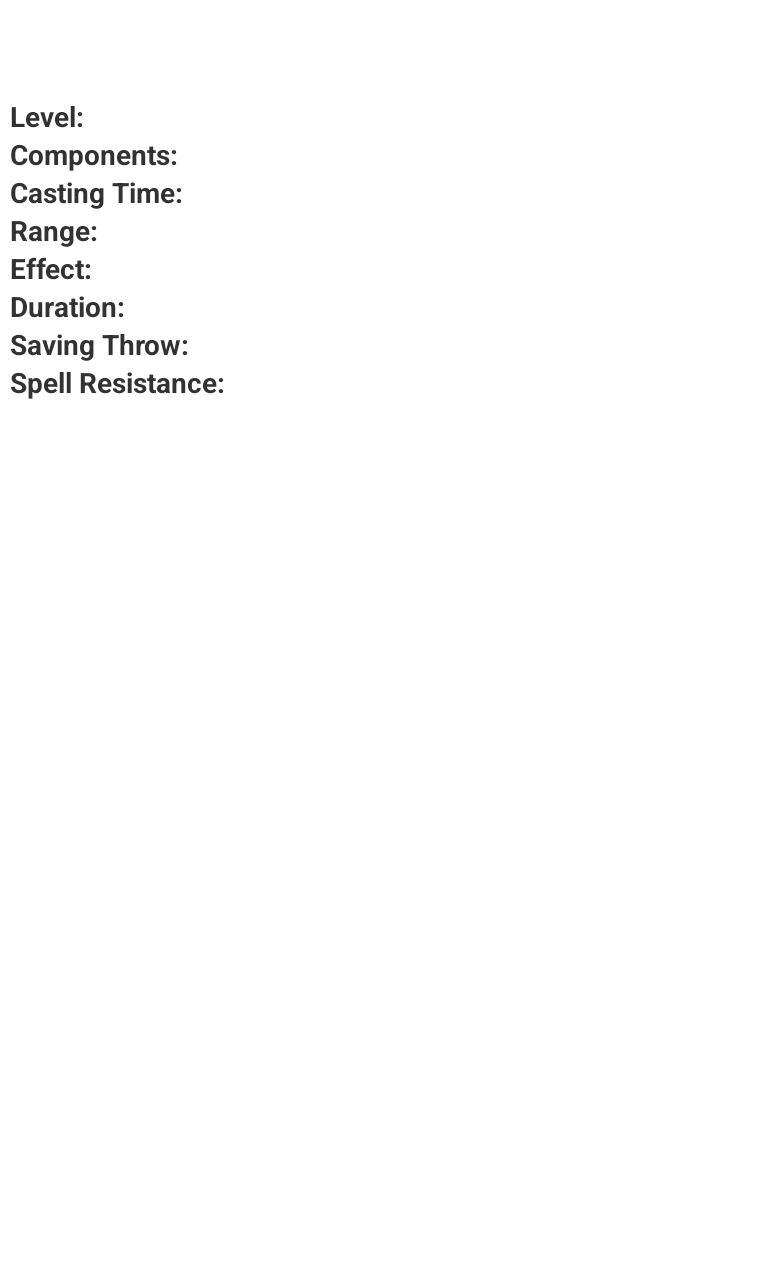
Repository: Rizsti/BrawnyKoala
Layout: 2.2/res/layout/dialogue_spell_details.xml
An editor plug-in stored every save of this project. The layout is shown before and after the next save, followed by the edit.
It is drawn on a 768 x 1280 px phone screen (xhdpi) without system bars, with theme AppTheme; the app's code is not run.

Above is the layout before, as saved 2013-06-09 04:43:21.

### 2.2/res/layout/dialogue_spell_details.xml
<?xml version="1.0" encoding="utf-8"?>
<LinearLayout xmlns:android="http://schemas.android.com/apk/res/android"
    android:layout_width="match_parent"
    android:layout_height="match_parent"
    android:orientation="vertical"
    android:padding="5sp">

    <TextView
        android:id="@+id/spellName"
        android:layout_width="wrap_content"
        android:layout_height="wrap_content"
        android:textAppearance="?android:attr/textAppearanceMedium" />

    <TextView
        android:id="@+id/spellSchool"
        android:layout_width="wrap_content"
        android:layout_height="wrap_content"/>

    <LinearLayout
        android:layout_width="match_parent"
        android:layout_height="wrap_content"
        android:orientation="horizontal">

        <TextView
	        android:layout_width="wrap_content"
	        android:layout_height="wrap_content"
	        android:text="@string/SpellLevel"
	        android:textStyle="bold"/>

    	<TextView
	        android:id="@+id/spellLevel"
	        android:layout_width="wrap_content"
	        android:layout_height="wrap_content" />

    </LinearLayout>

     <LinearLayout
        android:layout_width="match_parent"
        android:layout_height="wrap_content"
        android:orientation="horizontal">

    	<TextView
        	android:layout_width="wrap_content"
        	android:layout_height="wrap_content"
       		android:text="@string/SpellComp"
	        android:textStyle="bold" />

	    <TextView
	        android:id="@+id/spellComponents"
	        android:layout_width="wrap_content"
	        android:layout_height="wrap_content"
	        />

	 </LinearLayout>


     <LinearLayout
        android:layout_width="match_parent"
        android:layout_height="wrap_content"
        android:orientation="horizontal">

    	<TextView
        	android:layout_width="wrap_content"
        	android:layout_height="wrap_content"
       		android:text="@string/SpellCastTime"
	        android:textStyle="bold"/>

	    <TextView
	        android:id="@+id/spellCastTime"
	        android:layout_width="wrap_content"
	        android:layout_height="wrap_content"
	        />

	 </LinearLayout>

     <LinearLayout
        android:layout_width="match_parent"
        android:layout_height="wrap_content"
        android:orientation="horizontal">

    	<TextView
        	android:layout_width="wrap_content"
        	android:layout_height="wrap_content"
       		android:text="@string/SpellRange"
	        android:textStyle="bold"/>

	    <TextView
	        android:id="@+id/spellRange"
	        android:layout_width="wrap_content"
	        android:layout_height="wrap_content"
	        />

	 </LinearLayout>

     <LinearLayout
        android:layout_width="match_parent"
        android:layout_height="wrap_content"
        android:orientation="horizontal">

    	<TextView
        	android:layout_width="wrap_content"
        	android:layout_height="wrap_content"
       		android:text="@string/SpellEffect"
	        android:textStyle="bold" />

	    <TextView
	        android:id="@+id/spellEffect"
	        android:layout_width="wrap_content"
	        android:layout_height="wrap_content"
	        />

	 </LinearLayout>

     <LinearLayout
        android:layout_width="match_parent"
        android:layout_height="wrap_content"
        android:orientation="horizontal">

    	<TextView
        	android:layout_width="wrap_content"
        	android:layout_height="wrap_content"
       		android:text="@string/SpellDuration"
	        android:textStyle="bold" />

	    <TextView
	        android:id="@+id/spellDuration"
	        android:layout_width="wrap_content"
	        android:layout_height="wrap_content"
	        />

	 </LinearLayout>


     <LinearLayout
        android:layout_width="match_parent"
        android:layout_height="wrap_content"
        android:orientation="horizontal">

    	<TextView
        	android:layout_width="wrap_content"
        	android:layout_height="wrap_content"
       		android:text="@string/SpellSave"
	        android:textStyle="bold" />

	    <TextView
	        android:id="@+id/spellSave"
	        android:layout_width="wrap_content"
	        android:layout_height="wrap_content"
	        />

	 </LinearLayout>

     <LinearLayout
        android:layout_width="match_parent"
        android:layout_height="wrap_content"
        android:orientation="horizontal">

    	<TextView
        	android:layout_width="wrap_content"
        	android:layout_height="wrap_content"
       		android:text="@string/SpellResistance"
	        android:textStyle="bold" />

	    <TextView
	        android:id="@+id/spellResistance"
	        android:layout_width="wrap_content"
	        android:layout_height="wrap_content"
	        />

	 </LinearLayout>
</LinearLayout>

### 2.2/res/values/strings.xml
<?xml version="1.0" encoding="utf-8"?>
<resources>

    <string name="app_name">Teddy</string>
    <!-- Menu Items -->
    <string name="action_settings">Settings</string>
    <string name="action_new">New</string>
    <string name="title_activity_settings">Settings</string>
    <string name="title_activity_details">Details</string>
    <string name="title_activity_basic">Basic</string>
    <string name="title_activity_battle">Battle</string>
    <string name="load">Load</string>
    <string name="save">Save</string>

    <!-- Details Labels -->
    <string name="charName">Name</string>
    <string name="charRace">Race</string>
    <string name="charLevel">Level</string>
    <string name="charAlign">Alignment</string>
    <string name="charDeity">Deity</string>
    <string name="charSize">Size</string>
    <string name="charAge">Age</string>
    <string name="charGender">Gender</string>
    <string name="charHeight">Height</string>
    <string name="charWeight">Weight</string>
    <string name="classHint">Class</string>

    <!-- ListViews -->
    <!-- Character Select Labels -->
    <string name="level">Lv: </string>

    <!-- Attack Labels -->
    <string name="aName">Name</string>
    <string name="aDamage">Dmg</string>
    <string name="aBonus">AtkBonus</string>
    <string name="aCrit">Crit</string>
    <string name="aRange">Range</string>
    <string name="aWeight">Weight</string>
    <string name="aSize">Size</string>
    <string name="aType">Type</string>
    <string name="aSpecial">Special Properties</string>

    <!-- Inventory Labels -->
    <string name="iQuantity">Quantity</string>
    <string name="iTotalWeight">Total Weight</string>
    <string name="title_activity_details2">Details2</string>
    <string name="title_section1">Section 1</string>
    <string name="title_section2">Section 2</string>
    <string name="title_section3">Section 3</string>
    <string name="title_activity_skills">Skills</string>

    <!-- Skill labels -->
    <string name="sSkill">Skill</string>
    <string name="sStat">Stat Mod.</string>
    <string name="sRank">Rank</string>
    <string name="sMisc">Misc.</string>

    <!-- Symbols -->
    <string name="plus">+</string>
    <string name="equal">=</string>
    <string name="slash">/</string>

    <!-- Image lables -->
    <string name="heart">Health</string>
    <string name="fist">Melee</string>
    <string name="bow">Ranged</string>

    <!-- Battle Labels -->
    <string name="bexp">Exp.</string>
    <string name="bInit">Init. </string>
    <string name="bGrap">Grapple </string>
    <string name="bWill">Will </string>
    <string name="bFort">Fort. </string>
    <string name="bRef">Ref. </string>

    <!-- Stats Labels -->
    <string name="stStr">STR</string>
    <string name="stInt">INT</string>
    <string name="stDex">DEX</string>
    <string name="stCon">CON</string>
    <string name="stCha">CHA</string>
    <string name="stWis">WIS</string>
    <string name="score">Score</string>
    <string name="modscore">Mod.</string>
    <string name="tmpScore">Tmp. Score</string>
    <string name="tmpMod">Tmp. Mod.</string>

    <!-- Other stats info -->
    <string name="modStr">0</string>
    <string name="modInt">0</string>
    <string name="modDex">0</string>
    <string name="modCon">0</string>
    <string name="modCha">0</string>
    <string name="modWis">0</string>
    <string name="addAttack">Add an Attack</string>
    <string name="add">Add</string>
    <string name="cancel">Cancel</string>

    <!-- Settings labels -->
    <string name="ctheme">Change theme:</string>

    <!-- Content Descriptions -->
    <string name="PinkSwatch">Pink Swatch</string>
    <string name="RedSwatch">Red Swatch</string>
    <string name="PurpleSwatch">Purple Swatch</string>
    <string name="DarkRedSwatch">Dark Red Swatch</string>
    <string name="DarkBlueSwatch">Dark Blue Swatch</string>
    <string name="DarkGreenSwatch">Dark Green Swatch</string>
    <string name="BlueSwatch">Blue Swatch</string>
    <string name="GreenSwatch">Green Swatch</string>
    <string name="hello_world">Hello world!</string>

    <string name="SpellLevel">Level: </string>
	<string name="SpellComp">Components: </string>
	<string name="SpellCastTime">Casting Time: </string>
	<string name="SpellRange">Range: </string>
	<string name="SpellEffect">Effect: </string>
	<string name="SpellDuration">Duration: </string>
	<string name="SpellSave">Saving Throw: </string>
	<string name="SpellResistance">Spell Resistance: </string>

</resources>

Loaded but not shown: 2.2/res/values/styles.xml (common file); 2.2/res/values-v11/styles.xml (common file); 2.2/res/values-v14/styles.xml (common file)

After the next save:
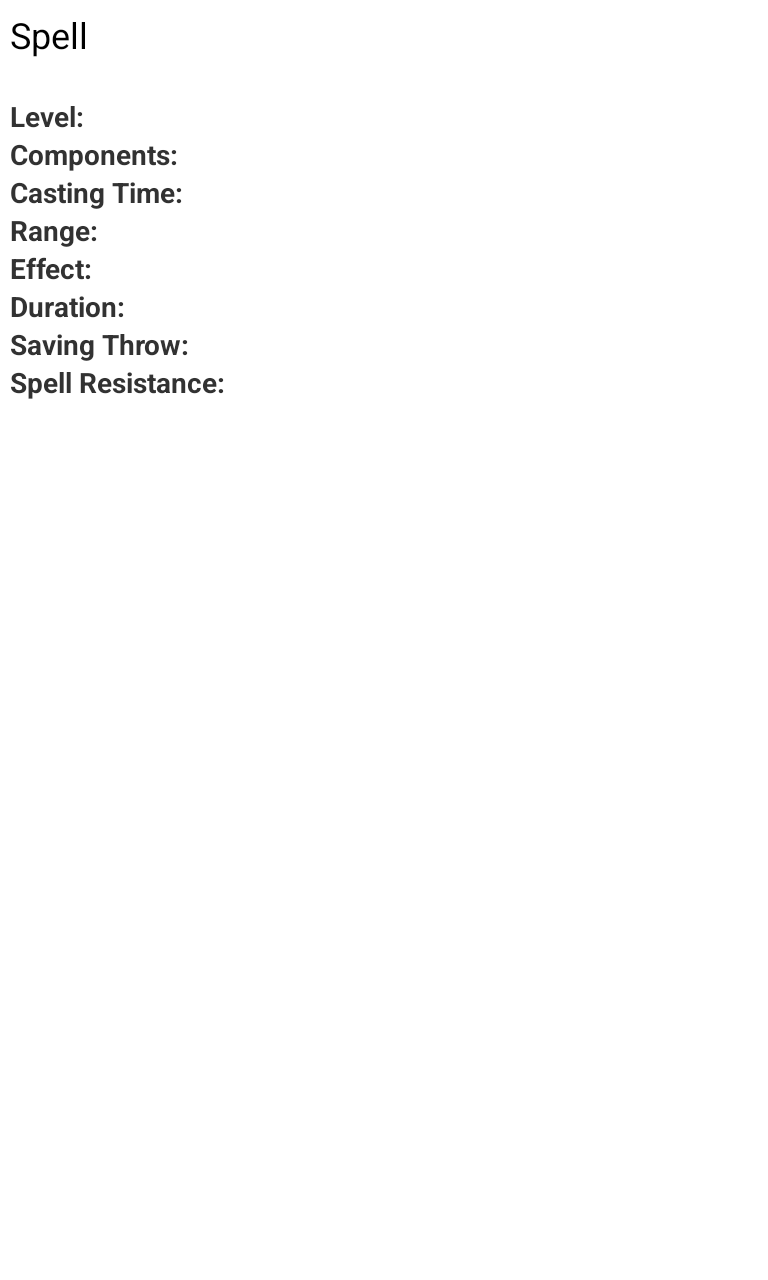
Saved 45 s later.
--- a/2.2/res/layout/dialogue_spell_details.xml
+++ b/2.2/res/layout/dialogue_spell_details.xml
@@ -9,7 +9,8 @@
         android:id="@+id/spellName"
         android:layout_width="wrap_content"
         android:layout_height="wrap_content"
-        android:textAppearance="?android:attr/textAppearanceMedium" />
+        android:textAppearance="?android:attr/textAppearanceMedium"
+        android:text="Spell"/>
 
     <TextView
         android:id="@+id/spellSchool"

After the save that followed:
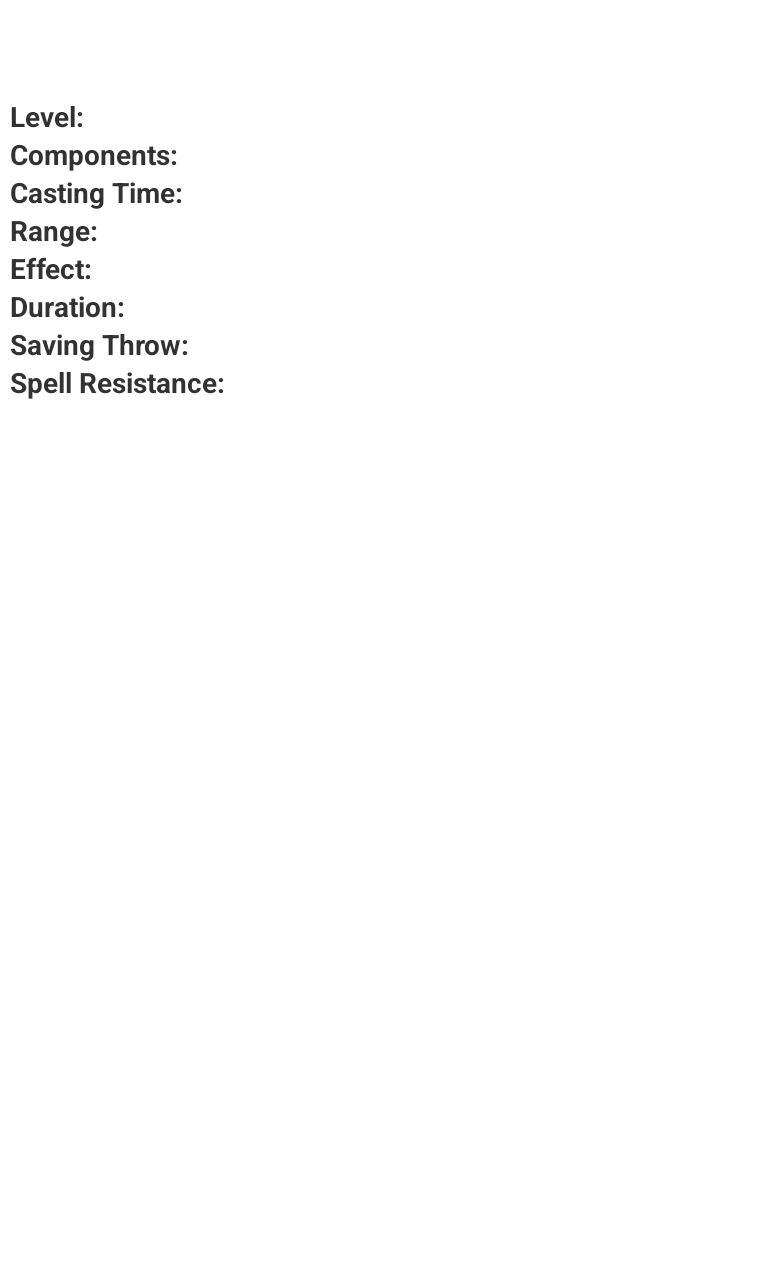
Saved 2 min 8 s later.
--- a/2.2/res/layout/dialogue_spell_details.xml
+++ b/2.2/res/layout/dialogue_spell_details.xml
@@ -9,8 +9,7 @@
         android:id="@+id/spellName"
         android:layout_width="wrap_content"
         android:layout_height="wrap_content"
-        android:textAppearance="?android:attr/textAppearanceMedium"
-        android:text="Spell"/>
+        android:textAppearance="?android:attr/textAppearanceMedium" />
 
     <TextView
         android:id="@+id/spellSchool"
